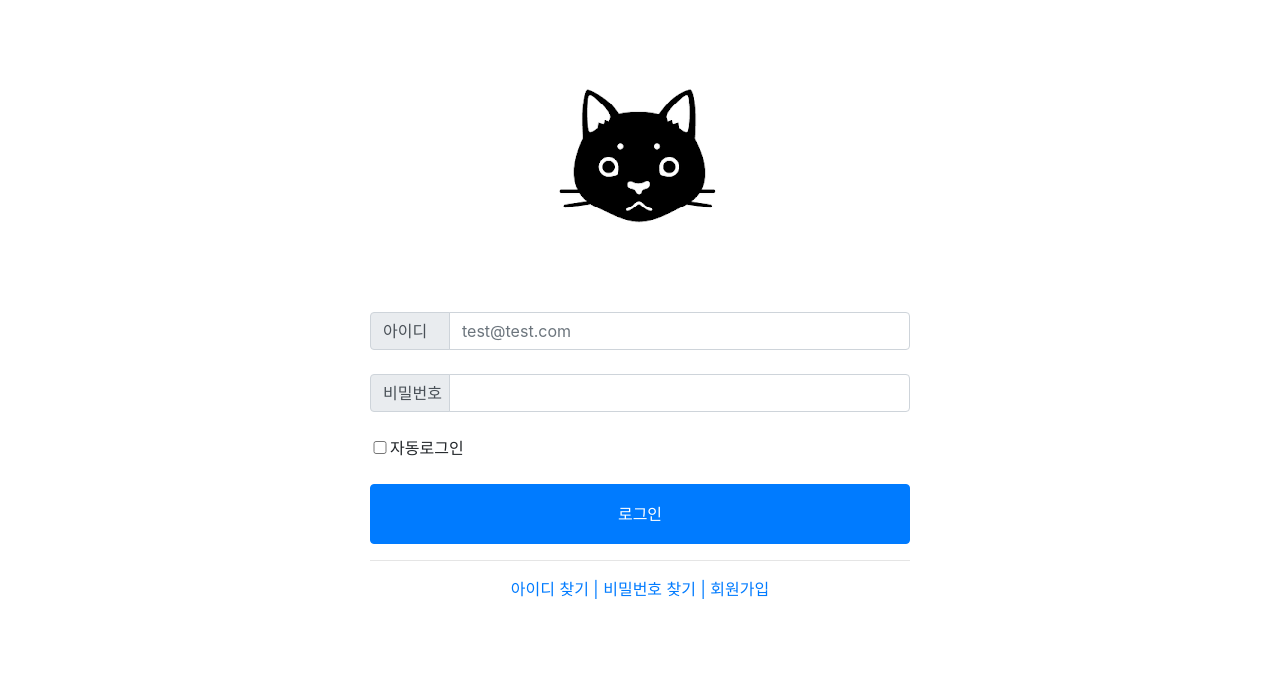
Repository: 0deepsleep/SpringMVCStudy
Page: http://localhost/TestProject/Login.jsp
These files come from the project's save history. The page is drawn as it stood at one moment and after a run of saves; the edit follows.
The browser window is 1280 px wide. The pictures show the whole page.
The page is served by Tomcat 9.

Above is the page before, as saved 2019-06-14 09:47:33.

After the next 2 saves:
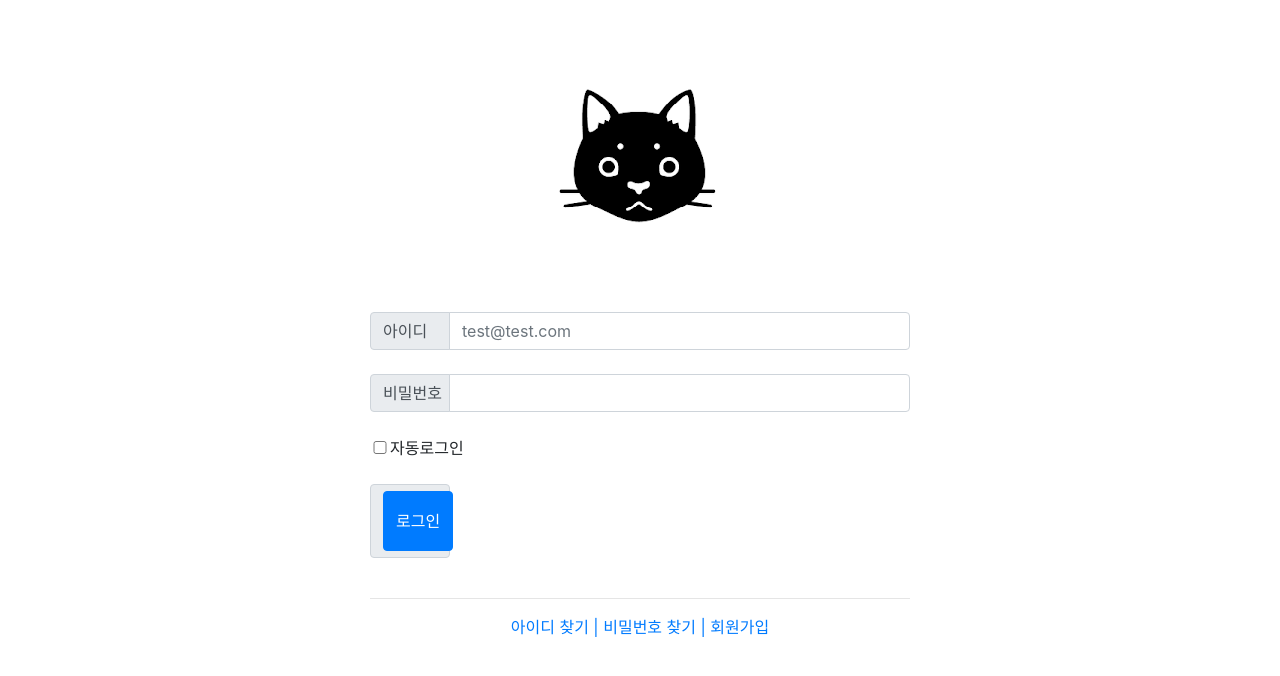
The 2 saves are shown as one change because they came seconds apart.
The last was saved 58 s later.
--- a/TestProject/WebContent/Login.jsp
+++ b/TestProject/WebContent/Login.jsp
@@ -105,7 +105,9 @@
 		<br><input type="checkbox" style="width: 20px;">자동로그인
 
 		<br><br>
+		<span class="input-group-text bolck">
 		<button type="button" id="btn" name="btn" class="btn-primary btn">로그인</button>
+		</span>
 		<br><hr />
 
 		<div style="text-align: center;">

After the save that followed:
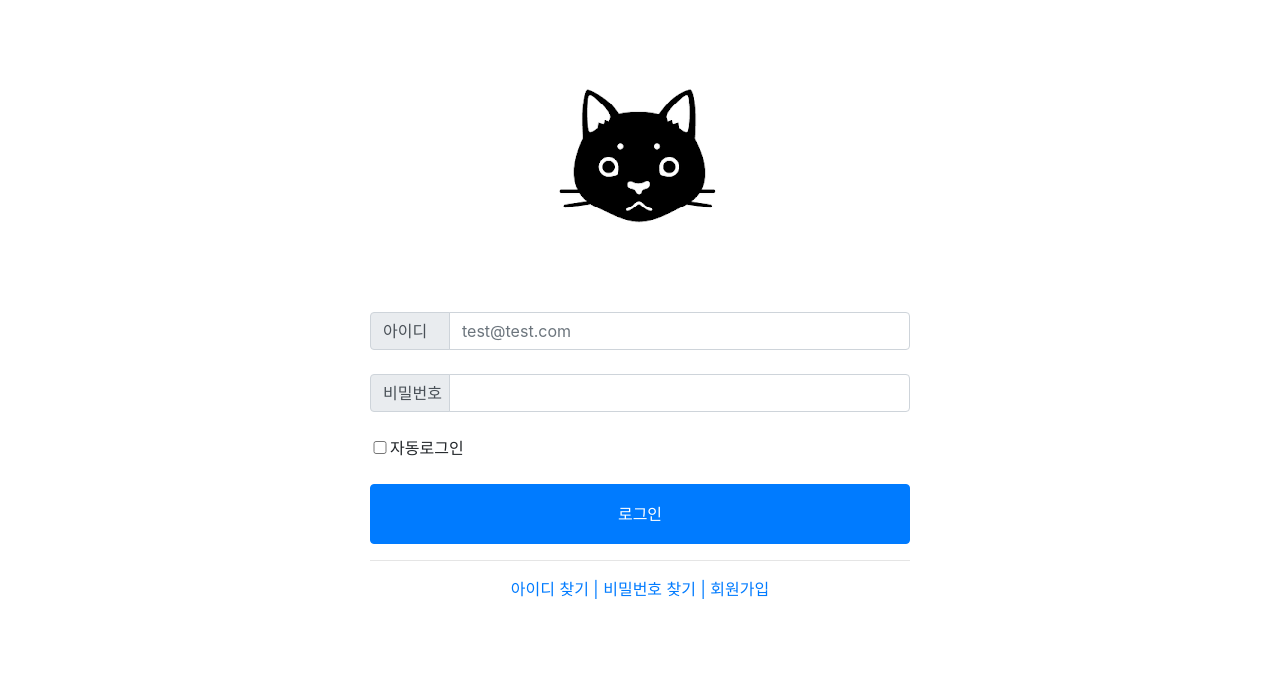
Saved 24 s later.
--- a/TestProject/WebContent/Login.jsp
+++ b/TestProject/WebContent/Login.jsp
@@ -105,9 +105,8 @@
 		<br><input type="checkbox" style="width: 20px;">자동로그인
 
 		<br><br>
-		<span class="input-group-text bolck">
 		<button type="button" id="btn" name="btn" class="btn-primary btn">로그인</button>
-		</span>
+
 		<br><hr />
 
 		<div style="text-align: center;">
